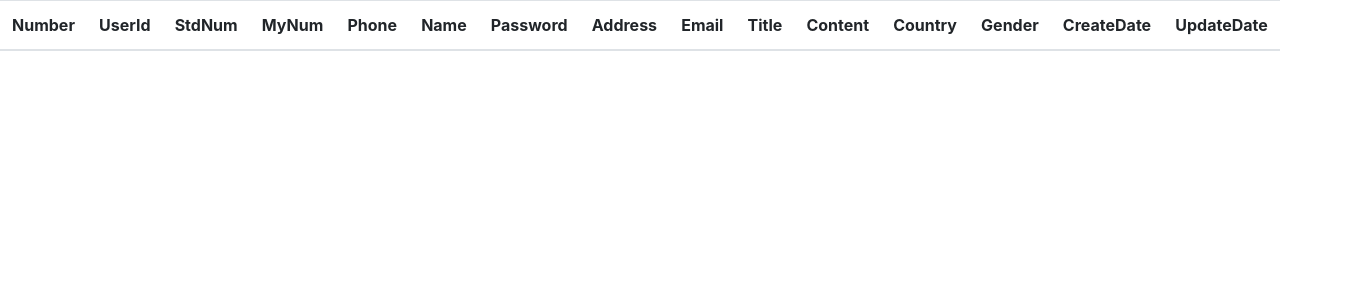
Repository: ken1087/practice
Page: http://localhost/pratice/WEB-INF/views/view.jsp
An editor plug-in stored every save of this project. The page is shown before and after the next save, followed by the edit.
The browser window is 1280 px wide. The page is 1280 px wide, then 1363 px, so the pictures cover 1363 px, including what lies to the right of the window. The pictures show the whole page.
The page is served by Tomcat 9. Nobody is signed in. The template is opened directly, without the code that normally fills it, so the values that code supplies are empty.

Above is the page before, as saved 2019-09-12 04:22:59.

After the next save:
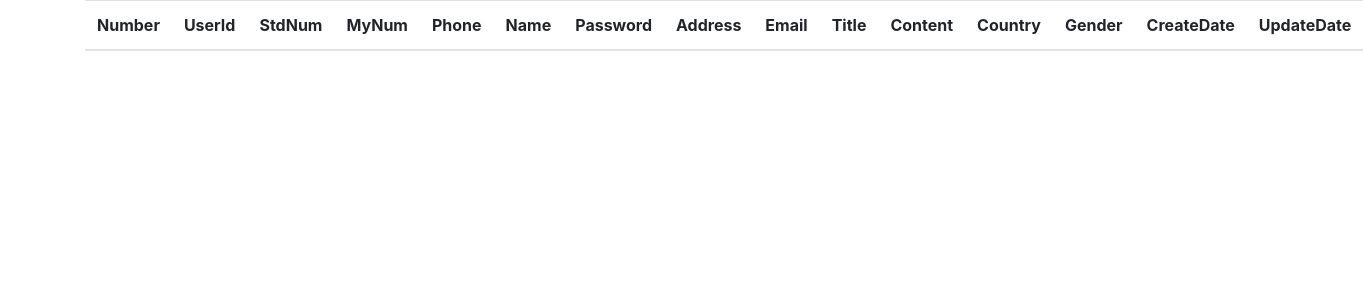
Saved 57 s later.
--- a/pratice/src/main/webapp/WEB-INF/views/view.jsp
+++ b/pratice/src/main/webapp/WEB-INF/views/view.jsp
@@ -11,7 +11,8 @@
 <script src="https://maxcdn.bootstrapcdn.com/bootstrap/4.3.1/js/bootstrap.min.js"></script>
 </head>
 <body>
-	<table id="download_table" class="table">
+	<div class="container">
+		<table id="download_table" class="table">
             <thead>
                 <tr>
                 	<!--Primary　Keyの項目5個  -->
@@ -57,5 +58,6 @@
             	</c:forEach>
             </tbody>
         </table>
+	</div>
 </body>
 </html>
